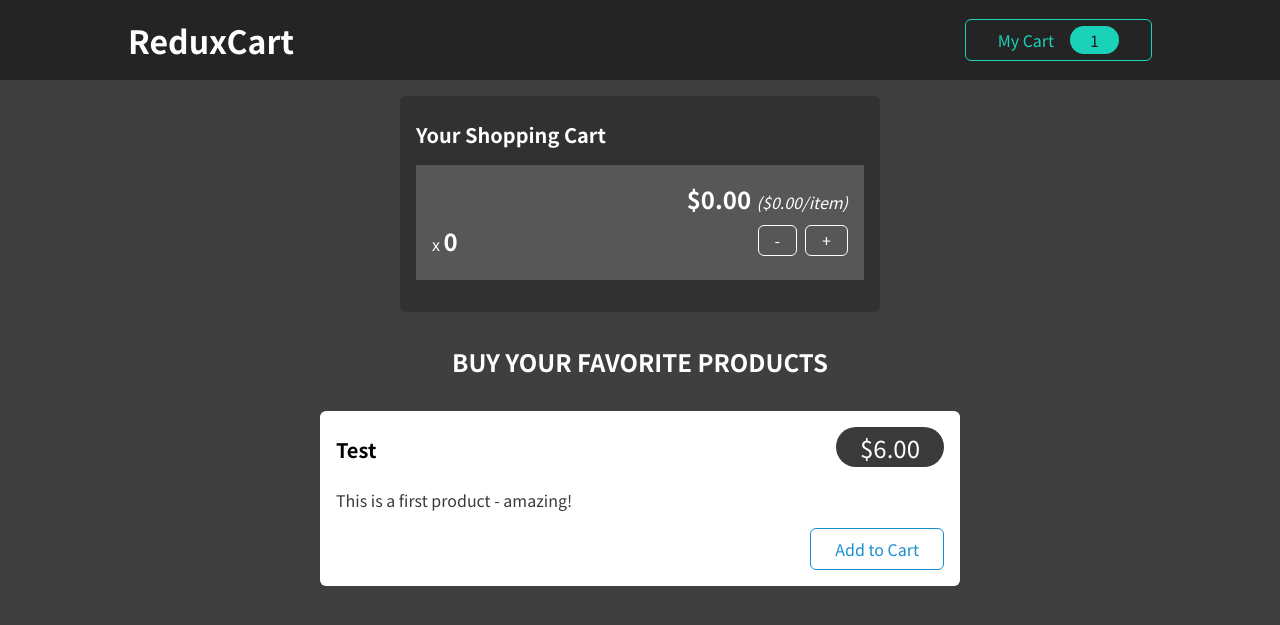
Repository: NamalPathirana/Redux-two-async
Page: /
An editor plug-in stored every save of this project. The page is shown before and after a run of saves, followed by the edit.
The browser window is 1280 px wide. The pictures show the whole page.
The project was rebuilt for these pictures with package versions that can differ from the ones it lists, and the page was loaded fresh each time.

Above is the page before, as saved 2022-04-13 14:46:25.

After the next 2 saves:
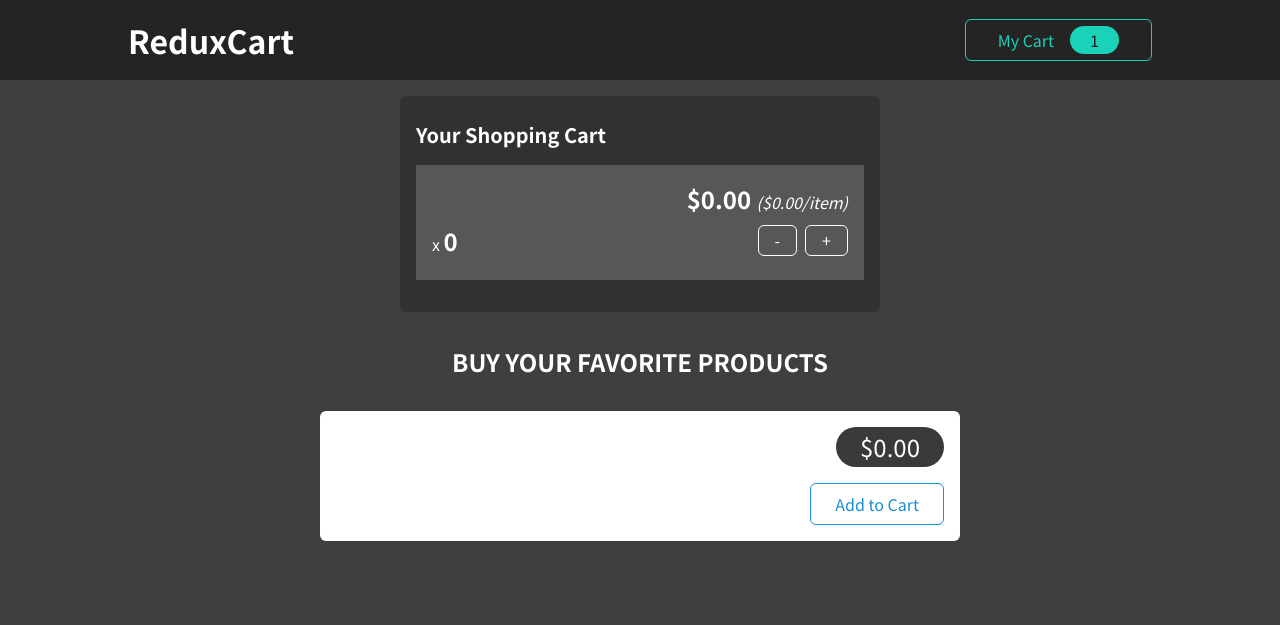
The 2 saves are shown as one change because 1 did not build or start.
The last was saved 65 s later.
--- a/src/components/Shop/ProductItem.js
+++ b/src/components/Shop/ProductItem.js
@@ -1,28 +1,31 @@
-import Card from '../UI/Card';
-import classes from './ProductItem.module.css';
-import { cartActions } from '../../store/cart';
-import {useDispatch,useSelector} from "react-redux"
+import Card from "../UI/Card";
+import classes from "./ProductItem.module.css";
+import { cartActions } from "../../store/cart";
+import { useDispatch, useSelector } from "react-redux";
 
 const ProductItem = (props) => {
   const { title, price, description } = props;
 
   const dispatch = useDispatch();
 
-  const cartItems = useSelector((state)=>state.cart.item);
+  const cartItems = useSelector((state) => state.cart.items);
 
   return (
     <li className={classes.item}>
-
-      <Card>
-        <header>
-          <h3>{title}</h3>
-          <div className={classes.price}>${price.toFixed(2)}</div>
-        </header>
-        <p>{description}</p>
-        <div className={classes.actions}>
-          <button>Add to Cart</button>
-        </div>
-      </Card>
+      {cartItems.map((item) => {
+        return (
+          <Card>
+            <header>
+              <h3>{item.name}</h3>
+              <div className={classes.price}>${item.price.toFixed(2)}</div>
+            </header>
+            <p>{item.description}</p>
+            <div className={classes.actions}>
+              <button>Add to Cart</button>
+            </div>
+          </Card>
+        );
+      })}
     </li>
   );
 };
